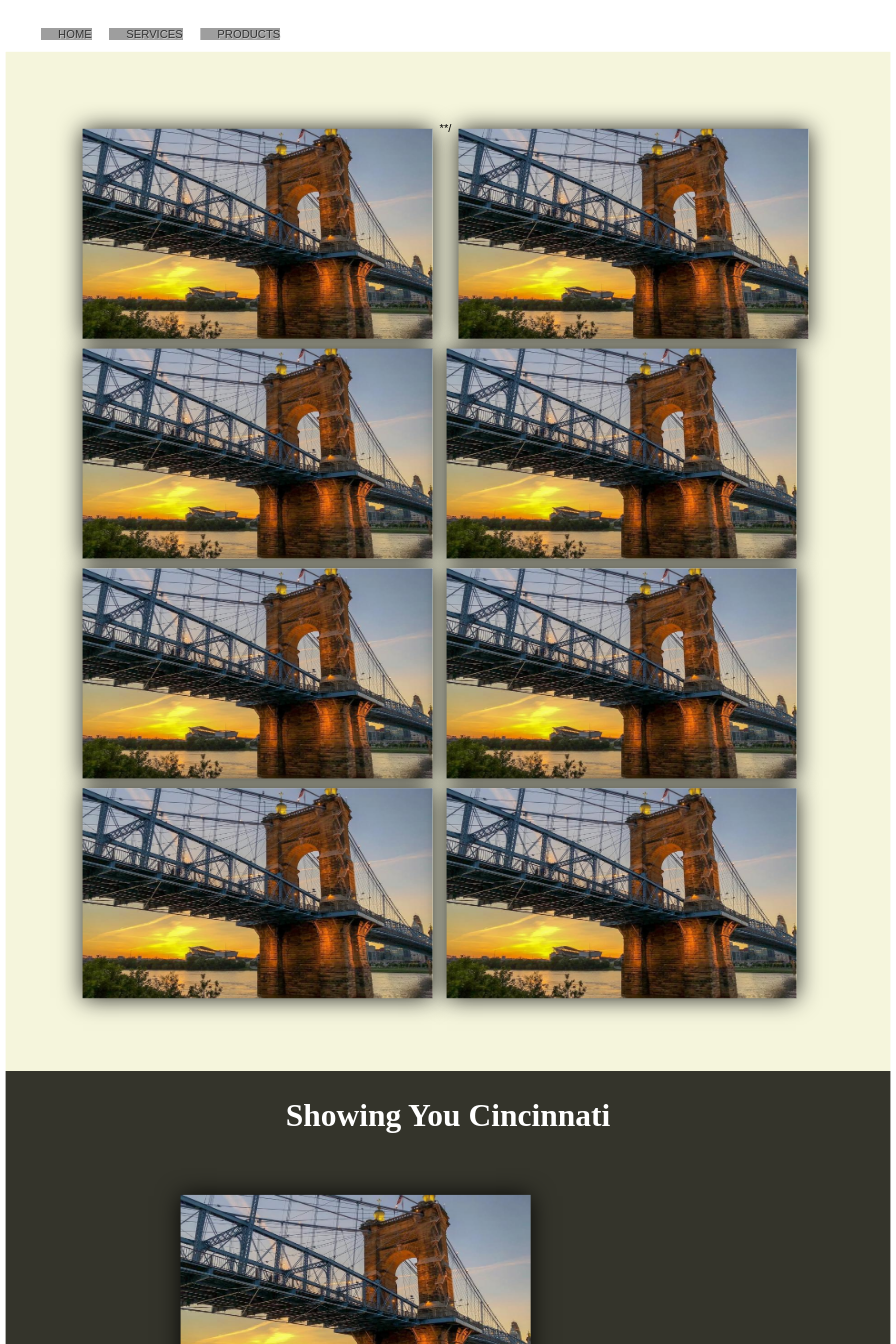
Repository: LtGriff/capstoneprogress
Page: index.html
These files come from the project's save history. The page is drawn as it stood at one moment and after a run of saves; the edit follows.
The browser window is 1280 px wide. The pictures show the part of the page from y = 0 to 1920 px (the page is 4090 px tall before and 4404 px after), at 70% of full size.
Pictures or frames that could not be fetched are drawn as grey boxes.

Above is the page before, as saved 2022-06-06 03:04:14.

### index.html
<!DOCTYPE html>
<html lang="en">
<head>
     <meta charset="UTF-8">
     <meta http-equiv="X-UA-Compatible" content="IE=edge">
     <meta name="viewport" content="width=device-width, initial-scale=1.0">
     <title>Document</title>
     <link rel="stylesheet" href="style.css">
</head>
<body>


     </html><nav id="main-menu">
     <ul class="nav-bar">
          <li class="nav-button-home"><a href="#">Home</a></li>
          <li class="nav-button-services"><a href="#">Services</a></li>
          <li class="nav-button-products"><a href="#">Products</a></li>
     </ul>
</nav>


<section class="card">

               <div class="picture">
                    <img src="img/bridge.jpg" alt="bridge">


               </div>






               **/
               <div class="picture">
                    <img src="img/bridge.jpg" alt="bridge">


               </div>

               <div class="picture">
                    <img src="img/bridge.jpg" alt="bridge">


               </div>

               <div class="picture">
                    <img src="img/bridge.jpg" alt="bridge">


               </div>


               <div class="picture">
                    <img src="img/bridge.jpg" alt="bridge">


               </div>

               <div class="picture">
                    <img src="img/bridge.jpg" alt="bridge">


               </div>

               <div class="picture">
                    <img src="img/bridge.jpg" alt="bridge">


               </div>

               <div class="picture">
                    <img src="img/bridge.jpg" alt="bridge">


               </div>
</section>





<section class="gallerytwo">


                    <div class="city">
                         <h1>Showing You Cincinnati</h1>
                    </div>



     <div class="picture">
          <img src="img/bridge.jpg" alt="bridge">



     </div>

     <div class="picture">
          <img src="img/bridge.jpg" alt="bridge">


     </div>

     <div class="picture">
          <img src="img/bridge.jpg" alt="bridge">


     </div>

     <div class="picture">
          <img src="img/bridge.jpg" alt="bridge">


     </div>


     <div class="picture">
          <img src="img/bridge.jpg" alt="bridge">


     </div>

     <div class="picture">
          <img src="img/bridge.jpg" alt="bridge">


     </div>
</section>


</body>

### style.css
body { font-family: sans-serif; }

#main-menu .nav-bar { list-style:none; margin-top: 40px; }
#main-menu .nav-bar li { display:inline; padding:0 10px; }

#main-menu .nav-bar li a {
  text-decoration: none;
  padding-left: 25px;
  text-transform: uppercase;
  color: #333;
	text-shadow: 1px 1px 1px #ccc;
}

.nav-bar .nav-button-home a { background:url("https://www.cheesetoast.co.uk/cheesepress/wp-content/uploads/2012/08/home.gif") no-repeat 0px -2px transparent; }

.nav-bar .nav-button-services a { background:url("https://www.cheesetoast.co.uk/cheesepress/wp-content/uploads/2012/08/services.gif") no-repeat 0px -2px transparent; }

.nav-bar .nav-button-products a { background:url("https://www.cheesetoast.co.uk/cheesepress/wp-content/uploads/2012/08/products.gif") no-repeat 0px -2px transparent; }




.card{
  display: flex;
  flex-direction: row;
  flex-wrap: wrap;
  /* justify-content: space-between; */
  background-color: beige;
  height: 100%;
  padding-left: 100px;
  padding-bottom: 100px;
  padding-top: 100px;
  padding-right: 100px;
}

.card .picture{
  margin-left: 10px;
  margin-right: 10px;
  margin-top: 10px;

  /* TEST */

}


.card .picture img{
  width: 500px;
  height: 300px;
  box-shadow: 0px 0px 32px -1px rgba(0, 0, 0, 0.9);
}





























/* Gallery two */


.gallerytwo{
  display: flex;
  flex-direction: row;
  flex-wrap: wrap;
  justify-content: space-between;
  background-color: rgb(52, 52, 43);
  height: 100%;
  padding: 0px 200px;
}

.gallerytwo .picture{
  margin: 50px;
}

.gallerytwo .picture img{
  width: 500px;
  height: 300px;
  box-shadow: 0px 0px 32px -1px rgba(0, 0, 0, 0.9);
}

.city{
  width: 100%;
  text-align: center;
  color: white;
  font-size: 30px;
  font-family: cursive;

}

After the next 3 saves:
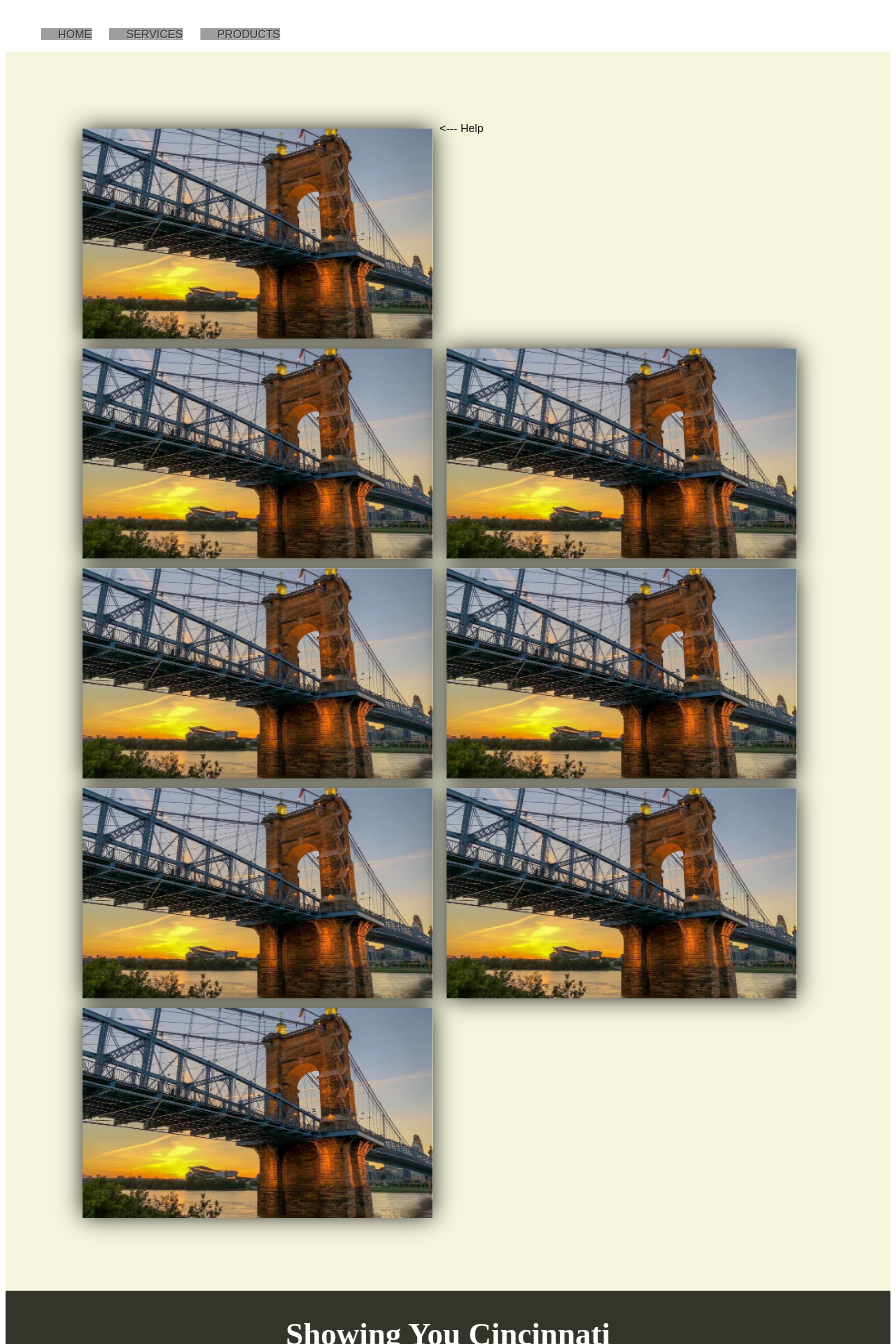
The 3 saves are shown as one change because they came seconds apart.
The last was saved 9 s later.
--- a/index.html
+++ b/index.html
@@ -32,7 +32,7 @@
 
 
 
-               **/
+               <--- Help
                <div class="picture">
                     <img src="img/bridge.jpg" alt="bridge">
 
